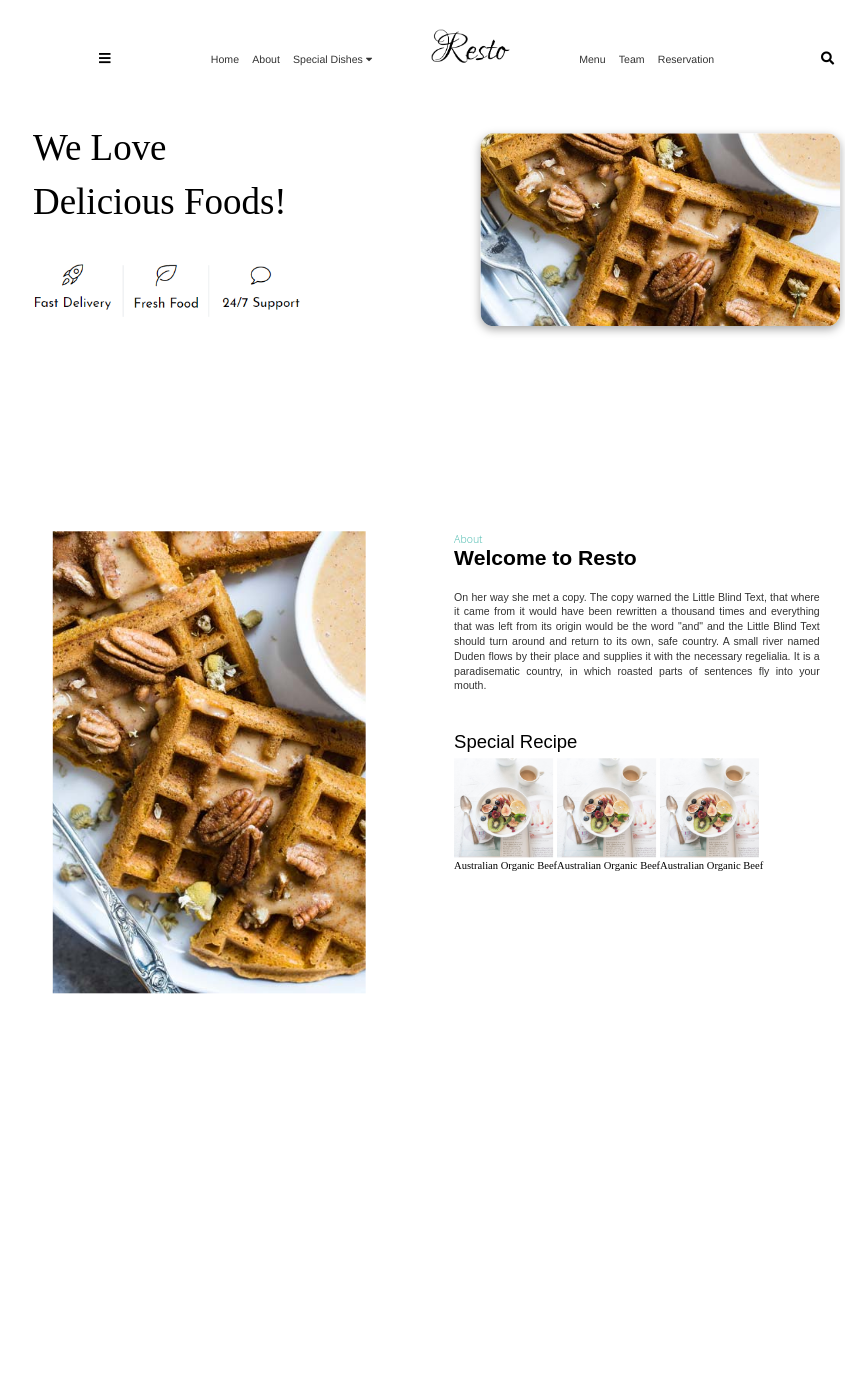
Repository: nguyenanhtuanHDU/myrestaurant
Page: index.html
An editor plug-in stored every save of this project. The page is shown before and after a run of saves, followed by the edit.
The browser window is 1280 px wide. The page is 1280 px wide, then 1288 px, so the pictures cover 1288 px, including what lies to the right of the window. The pictures show the whole page, at 66% of full size.

Above is the page before, as saved 2022-02-01 02:10:38.

After the next 2 saves:
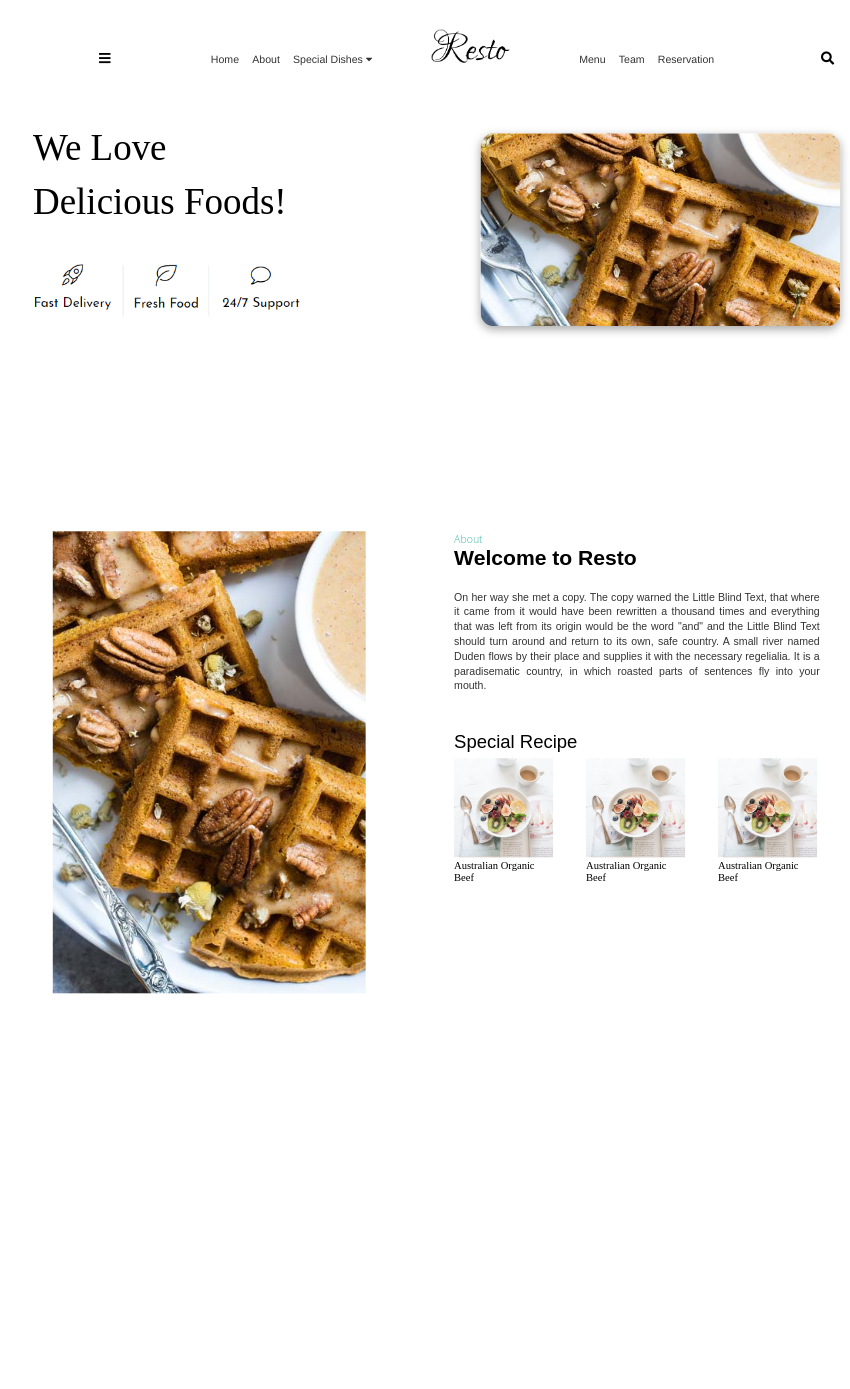
The 2 saves are shown as one change because they came seconds apart.
The last was saved 60 s later.
--- a/assets/style.css
+++ b/assets/style.css
@@ -234,6 +234,7 @@
     display: flex;
 }
 .dish_items{
+    margin-right: 50px;
 }
 .dish_title{
     font-family: 'Josefin Sans',sans-serif;
